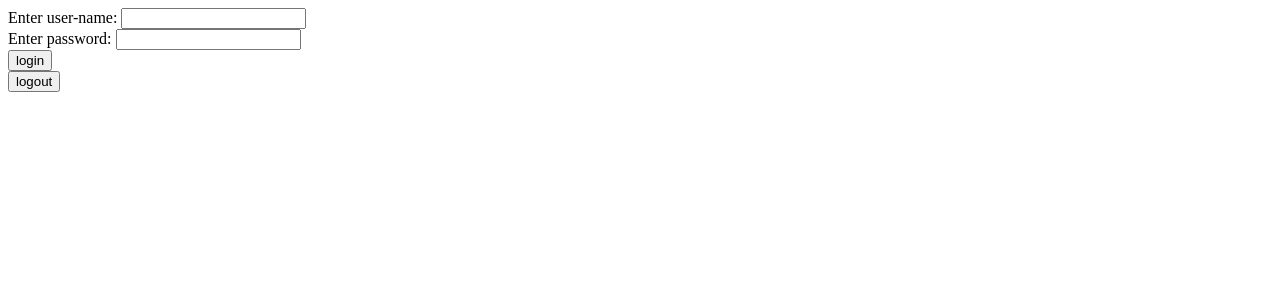
Repository: TheSonett/Java
Page: http://localhost/Login_System/login.jsp
An editor plug-in stored every save of this project. The page is shown before and after the next save, followed by the edit.
The browser window is 1280 px wide. The pictures show the whole page.
The page is served by Tomcat 10. Other server files are loaded and not shown.

Above is the page before, as saved 2023-08-01 07:17:51.

### Java Servlet/Login System/src/main/webapp/login.jsp
<%@ page language="java" contentType="text/html; charset=ISO-8859-1"
    pageEncoding="ISO-8859-1"%>
<!DOCTYPE html>
<html>
<head>
<meta charset="ISO-8859-1">
<title>Login</title>
</head>
<body>
	<form action="LoginServlet" method="POST">
		Enter user-name: <input type="text" name="username"><br>
		Enter password: <input type="password" name="password"><br>
		<input type="submit" value="login">
	</form>
	<form action="LogoutServlet">
		<input type="submit" value="logout">
	</form>
</body>
</html>

After the next save:
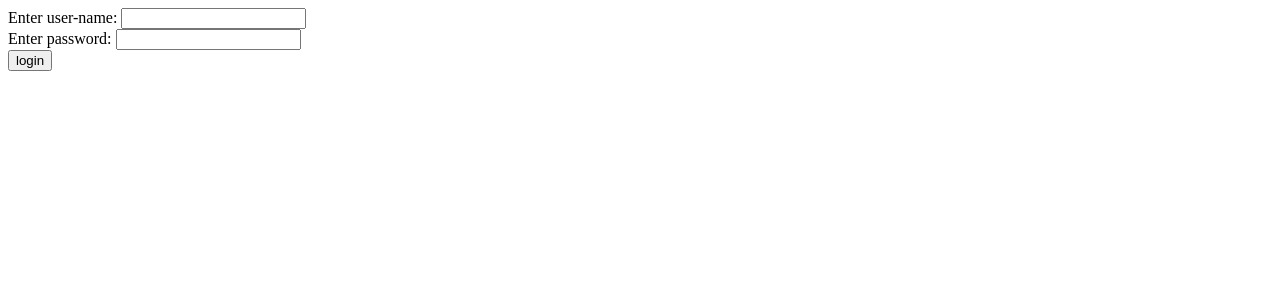
Saved 25 s later.
--- a/Java Servlet/Login System/src/main/webapp/login.jsp
+++ b/Java Servlet/Login System/src/main/webapp/login.jsp
@@ -12,8 +12,5 @@
 		Enter password: <input type="password" name="password"><br>
 		<input type="submit" value="login">
 	</form>
-	<form action="LogoutServlet">
-		<input type="submit" value="logout">
-	</form>
 </body>
 </html>
